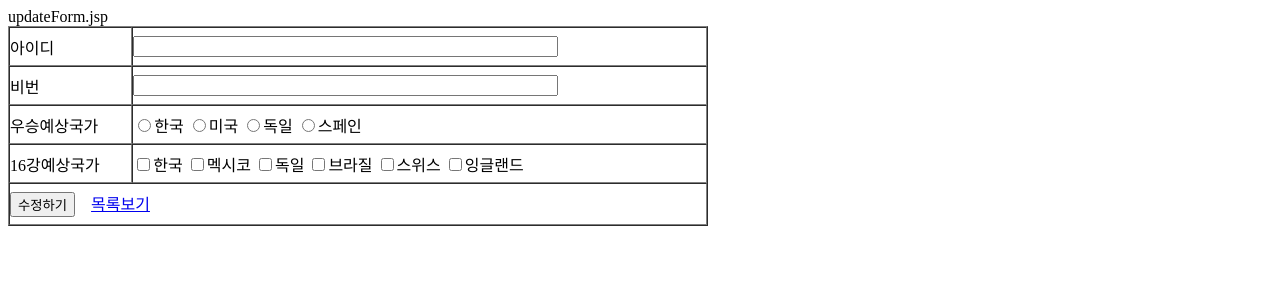
Repository: ChanhoPark-s/academyStudy
Page: http://localhost/12_DB_Football/updateForm
The author's editor kept a copy of each file at every save. The page is drawn from the files as they stood at one save, then again after a run of saves.
The browser window is 1280 px wide. The pictures show the whole page.
The page is served by Tomcat 9. Queries for data that is not in the repository find no rows.

Above is the page before, as saved 2022-08-22 05:52:23.

After the next 2 saves:
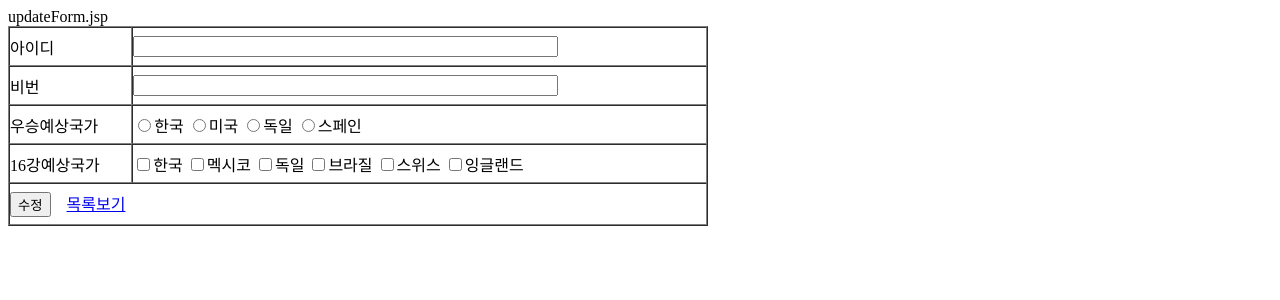
The 2 saves are shown as one change because they came seconds apart.
The last was saved 18 s later.
--- a/12_DB_Football/src/main/webapp/WEB-INF/views/updateForm.jsp
+++ b/12_DB_Football/src/main/webapp/WEB-INF/views/updateForm.jsp
@@ -35,8 +35,8 @@ updateForm.jsp<br>
 				</td>
 			</tr>
 			<tr>
-				<td colspan="2">
-					<input type="submit" value="수정하기">
+				<td colspan="3">
+					<input type="submit" value="수정">
 					&nbsp;&nbsp;
 					<a href="list">목록보기</a>
 				</td>
